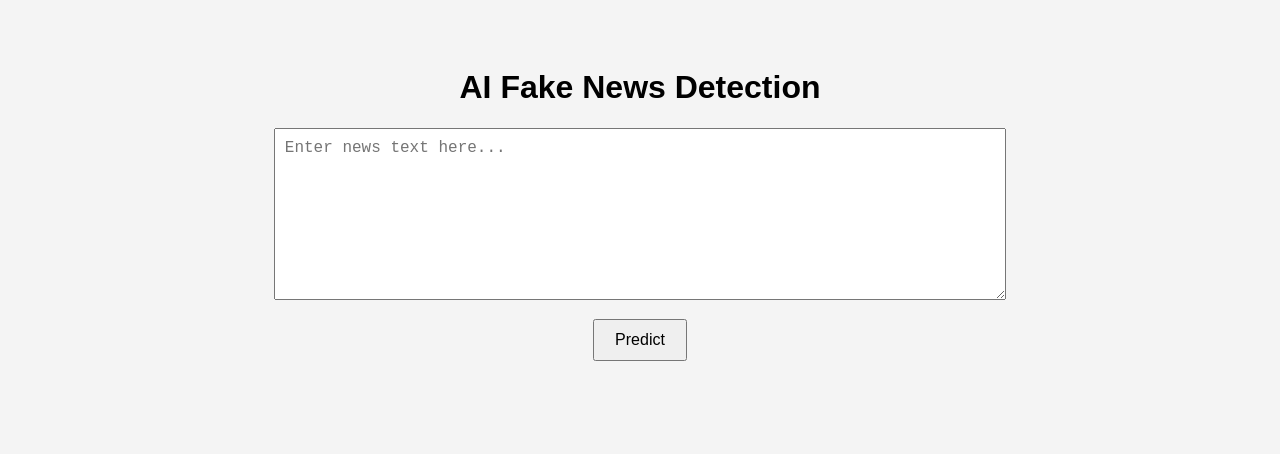
Repository: asadpathan2002-bot/Sprint1
Page: frontend/index.html
The author's editor kept a copy of each file at every save. The page is drawn from the files as they stood at one save, then again after the next save.
The browser window is 1280 px wide. The pictures show the whole page.

Above is the page before, as saved 2026-02-21 23:08:27.

### frontend/index.html
<!DOCTYPE html>
<html>
<head>
    <title>Fake News Detector</title>
    <style>
        body {
            font-family: Arial;
            background-color: #f4f4f4;
            text-align: center;
            padding: 40px;
        }

        textarea {
            width: 60%;
            height: 150px;
            padding: 10px;
            font-size: 16px;
        }

        button {
            margin-top: 15px;
            padding: 10px 20px;
            font-size: 16px;
            cursor: pointer;
        }

        #result {
            margin-top: 20px;
            font-size: 20px;
            font-weight: bold;
        }
    </style>
</head>

<body>

    <h1>AI Fake News Detection</h1>

    <textarea id="newsText" placeholder="Enter news text here..."></textarea>
    <br>
    <button onclick="predictNews()">Predict</button>

    <div id="result"></div>

    <script>
        async function predictNews() {
            const text = document.getElementById("newsText").value;

            const response = await fetch("http://127.0.0.1:8000/predict", {
                method: "POST",
                headers: {
                    "Content-Type": "application/json"
                },
                body: JSON.stringify({ text: text })
            });

            const data = await response.json();

            document.getElementById("result").innerHTML =
                "Prediction: " + data.prediction +
                "<br>Confidence: " + (data.confidence * 100).toFixed(2) + "%";
        }
    </script>

</body>
</html>

After the next save:
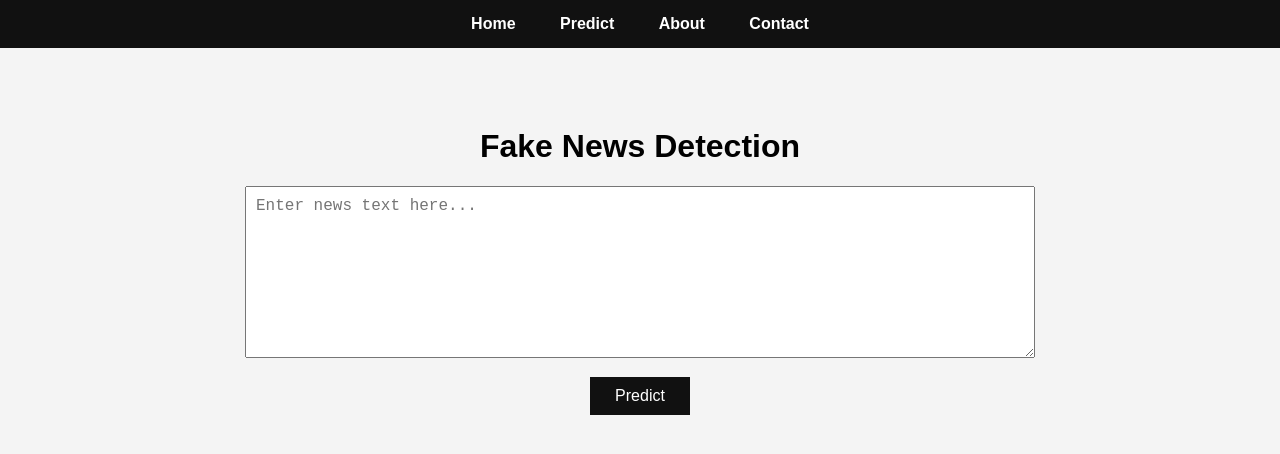
Saved 72 s later.
--- a/frontend/index.html
+++ b/frontend/index.html
@@ -1,13 +1,33 @@
 <!DOCTYPE html>
 <html>
 <head>
-    <title>Fake News Detector</title>
+    <title>Predict - Fake News Detector</title>
     <style>
         body {
-            font-family: Arial;
+            margin: 0;
+            font-family: Arial, sans-serif;
             background-color: #f4f4f4;
             text-align: center;
-            padding: 40px;
+        }
+
+        nav {
+            background-color: #111;
+            padding: 15px;
+        }
+
+        nav a {
+            color: white;
+            margin: 0 20px;
+            text-decoration: none;
+            font-weight: bold;
+        }
+
+        nav a:hover {
+            color: #00ffcc;
+        }
+
+        .container {
+            margin-top: 80px;
         }
 
         textarea {
@@ -18,49 +38,72 @@
         }
 
         button {
+            padding: 10px 25px;
+            font-size: 16px;
             margin-top: 15px;
-            padding: 10px 20px;
-            font-size: 16px;
             cursor: pointer;
+            background-color: #111;
+            color: white;
+            border: none;
+        }
+
+        button:hover {
+            background-color: #00b894;
         }
 
         #result {
-            margin-top: 20px;
-            font-size: 20px;
+            margin-top: 25px;
+            font-size: 22px;
             font-weight: bold;
         }
     </style>
 </head>
-
 <body>
 
-    <h1>AI Fake News Detection</h1>
+<nav>
+    <a href="home.html">Home</a>
+    <a href="index.html">Predict</a>
+    <a href="about.html">About</a>
+    <a href="contact.html">Contact</a>
+</nav>
+
+<div class="container">
+    <h1>Fake News Detection</h1>
 
     <textarea id="newsText" placeholder="Enter news text here..."></textarea>
     <br>
-    <button onclick="predictNews()">Predict</button>
+    <button onclick="predict()">Predict</button>
 
     <div id="result"></div>
+</div>
 
-    <script>
-        async function predictNews() {
-            const text = document.getElementById("newsText").value;
+<script>
+async function predict() {
+    const text = document.getElementById("newsText").value;
 
-            const response = await fetch("http://127.0.0.1:8000/predict", {
-                method: "POST",
-                headers: {
-                    "Content-Type": "application/json"
-                },
-                body: JSON.stringify({ text: text })
-            });
+    const response = await fetch("http://127.0.0.1:8000/predict", {
+        method: "POST",
+        headers: {
+            "Content-Type": "application/json"
+        },
+        body: JSON.stringify({ text: text })
+    });
 
-            const data = await response.json();
+    const data = await response.json();
 
-            document.getElementById("result").innerHTML =
-                "Prediction: " + data.prediction +
-                "<br>Confidence: " + (data.confidence * 100).toFixed(2) + "%";
-        }
-    </script>
+    const resultDiv = document.getElementById("result");
+
+    if (data.prediction === "Real") {
+        resultDiv.style.color = "green";
+    } else {
+        resultDiv.style.color = "red";
+    }
+
+    resultDiv.innerHTML =
+        "Prediction: " + data.prediction +
+        "<br>Confidence: " + (data.probability * 100).toFixed(2) + "%";
+}
+</script>
 
 </body>
 </html>
